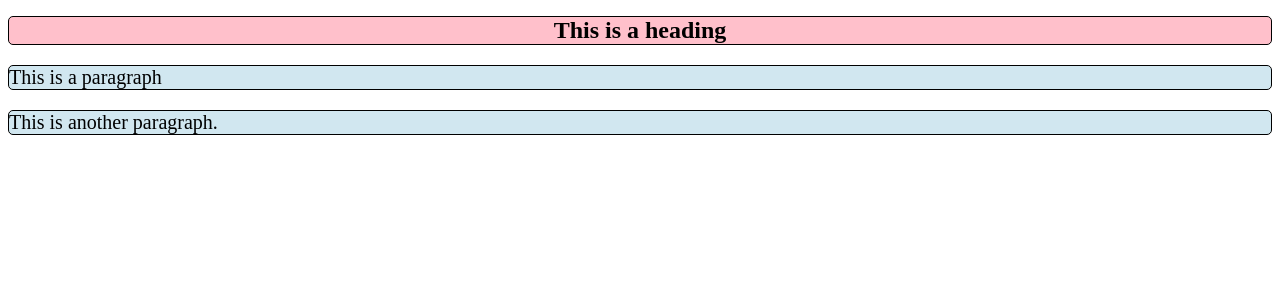
Repository: AishwaryaPandey987/PGLife
Page: home.html
These files come from the project's save history. The page is drawn as it stood at one moment and after the next save; the edit follows.
The browser window is 1280 px wide. The pictures show the whole page.

Above is the page before, as saved 2022-10-26 18:45:46.

After the next save:
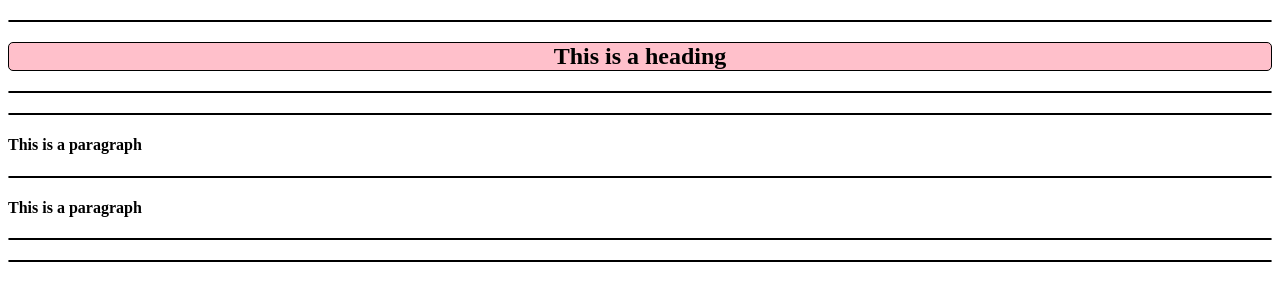
Saved 69 min 21 s later.
--- a/home.html
+++ b/home.html
@@ -4,9 +4,20 @@
     <title>CSS Page</title>
     <link rel="stylesheet" href="css/style.css" />
   </head>
-  <body>
+
+   <div>
+    <p>
     <h1>This is a heading</h1>
-    <p>This is a paragraph</p>
-    <p>This is another paragraph.</p>
+    </p>
+  </div>
+  <div>
+    <p>
+      <h4>This is a paragraph</h4>
+      <p>
+        <h4>This is a paragraph</h4>
+      </p>
+    </p>
+  </div>
+
   </body>
 </html>
